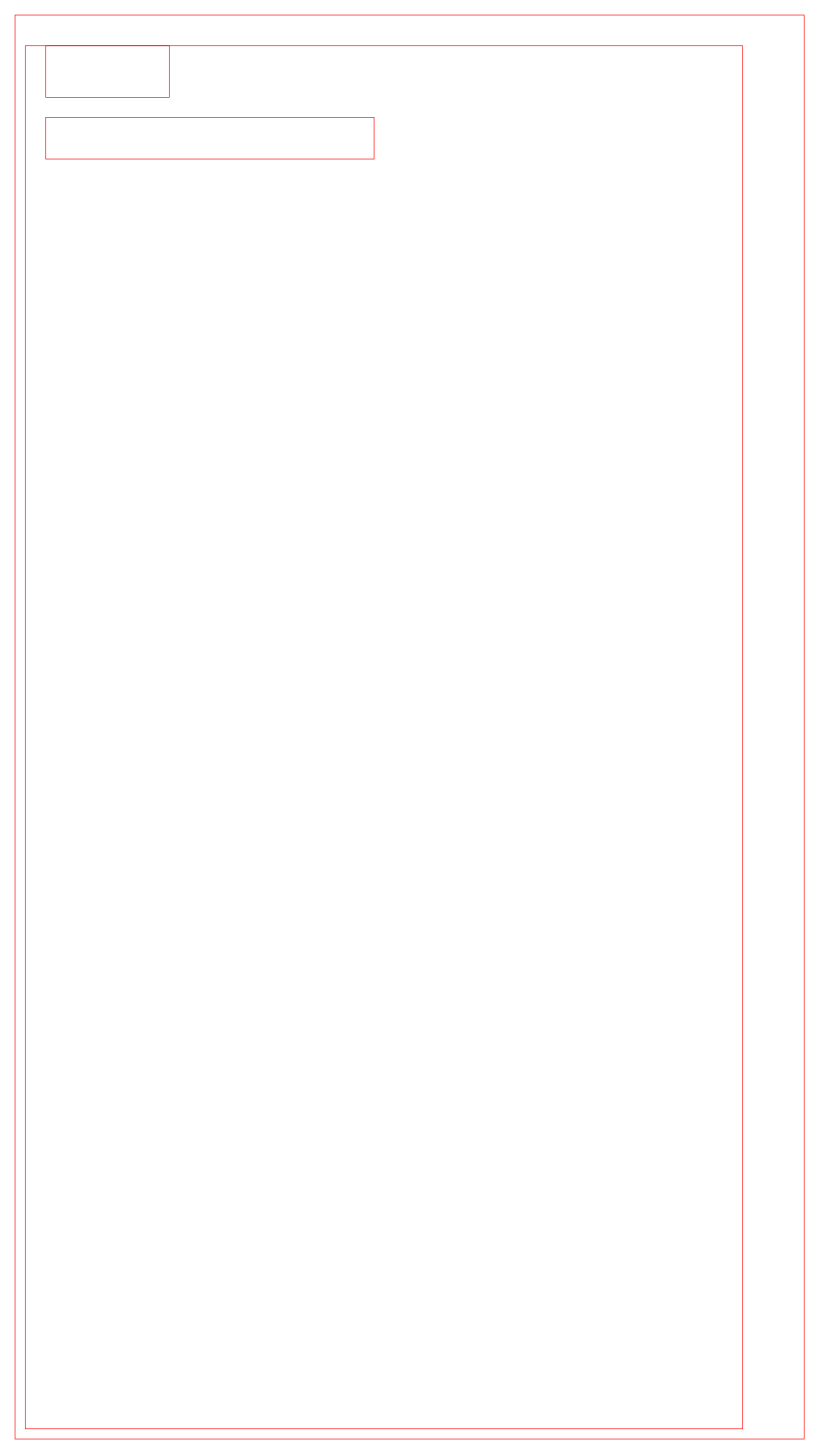
Repository: JacobSkilling-dot/Project1-Blog
Page: Week3-Blog.html
These files come from the project's save history. The page is drawn as it stood at one moment and after the next save; the edit follows.
The browser window is 1280 px wide. The pictures show the whole page, at 64% of full size.

Above is the page before, as saved 2023-01-16 20:03:07.

### Week3-Blog.html
<!DOCTYPE html>
<html lang="en">
<head>
    <meta charset="UTF-8">
    <meta http-equiv="X-UA-Compatible" content="IE=edge">
    <meta name="viewport" content="width=device-width, initial-scale=1.0">
    <title>Website Template</title>
    <link rel="stylesheet" href="style.css">
</head>
<body>
    <div class="main-content">
    <div class="logo"></div>
        <div class="search-bar"></div>
        <style>

            .main-content{
                padding: 0;
                width: 70rem;
                height: 300vh;
                margin-top: 0;
            }

            .logo{
                width: 10rem;
                height: 3rem;
                margin: 2rem;
            }

            .search-bar{
                top: 2.5rem;
                height: 2rem;
                margin: 2rem;
                width: 30rem;


            }
        </style>
    </div>

</body>
</html>

### style.css
* {
    outline: 1px solid rgb(255, 0, 0);
    padding: 1rem;
    min-height: 1rem;
}

After the next save:
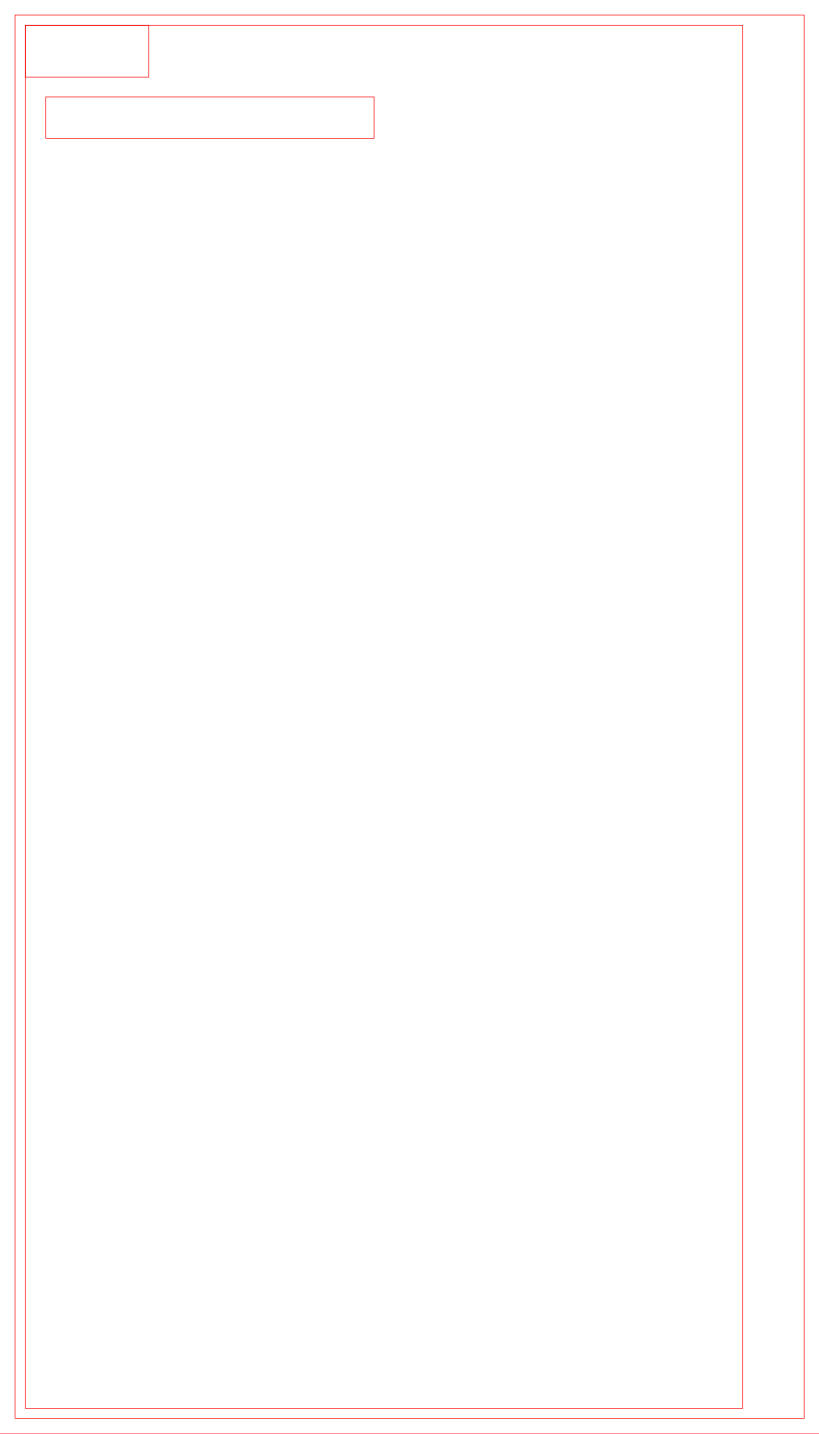
Saved 7 s later.
--- a/Week3-Blog.html
+++ b/Week3-Blog.html
@@ -23,7 +23,7 @@
             .logo{
                 width: 10rem;
                 height: 3rem;
-                margin: 2rem;
+                margin: 0rem;
             }
 
             .search-bar{
